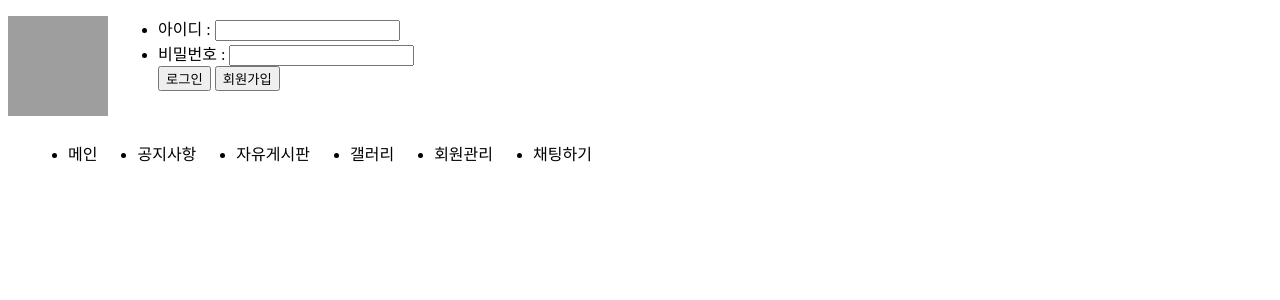
Repository: giwon8701/Qclass_KH
Page: Workspace_Java/testWebProject/WebContent/test2.html
The author's editor kept a copy of each file at every save. The page is drawn from the files as they stood at one save, then again after the next save.
The browser window is 1280 px wide. The pictures show the whole page.
Pictures or frames that could not be fetched are drawn as grey boxes.

Above is the page before, as saved 2021-01-11 03:01:59.

After the next save:
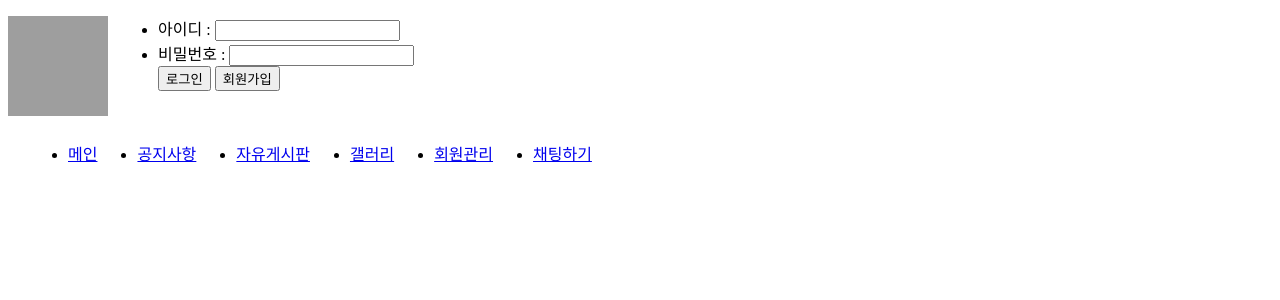
Saved 25 s later.
--- a/Workspace_Java/testWebProject/WebContent/test2.html
+++ b/Workspace_Java/testWebProject/WebContent/test2.html
@@ -34,12 +34,12 @@
 		<br>
 
 		<ul class="nav" style="float:left;">
-			<li><a ref="#">메인</a></li>
-			<li><a ref="#">공지사항</a></li>
-			<li><a ref="#">자유게시판</a></li>
-			<li><a ref="#">갤러리</a></li>
-			<li><a ref="#">회원관리</a></li>
-			<li><a ref="#">채팅하기</a></li>
+			<li><a href="#">메인</a></li>
+			<li><a href="#">공지사항</a></li>
+			<li><a href="#">자유게시판</a></li>
+			<li><a href="#">갤러리</a></li>
+			<li><a href="#">회원관리</a></li>
+			<li><a href="#">채팅하기</a></li>
 		</ul>
 	</header>
 
